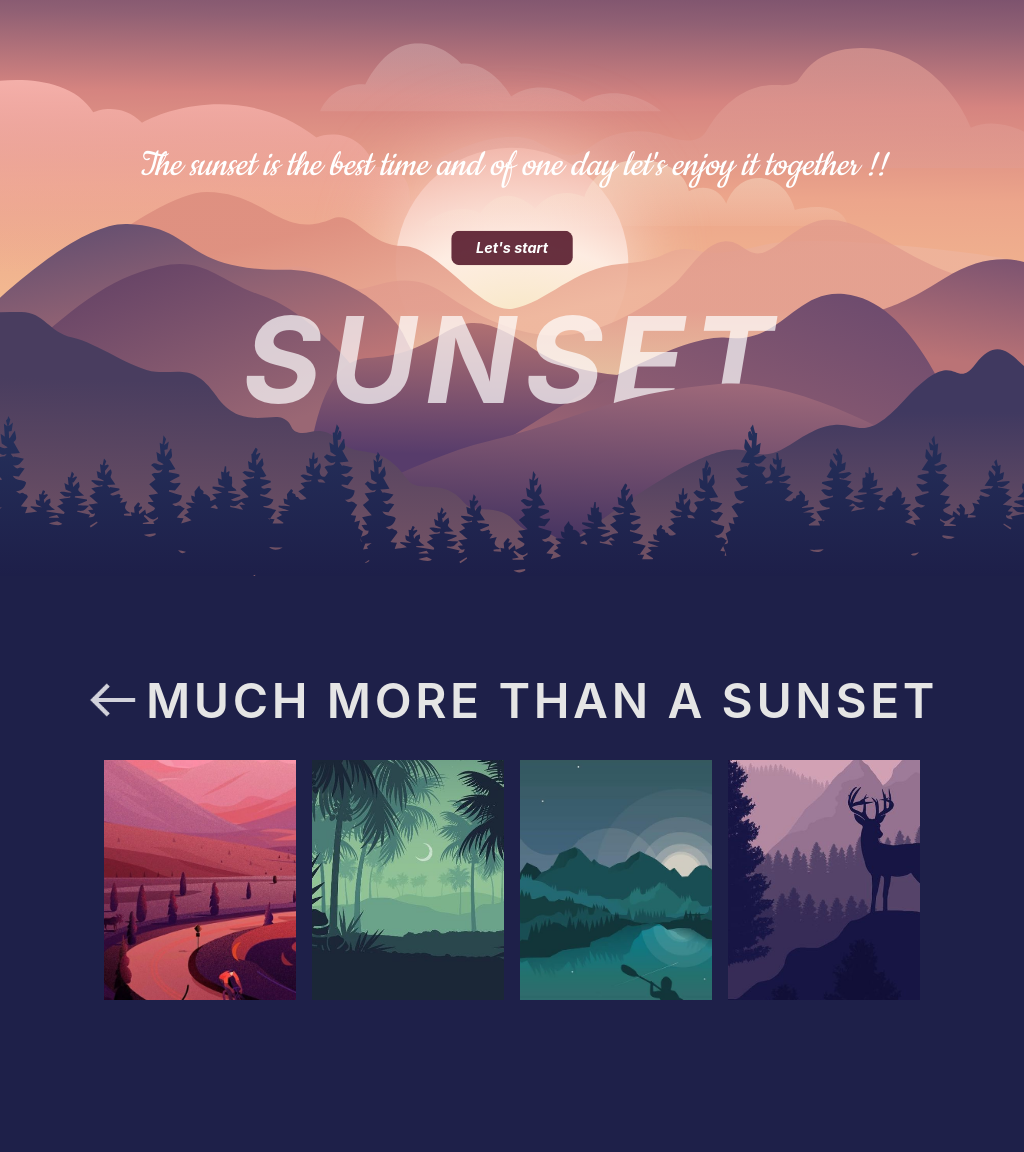
Repository: nambui98/parallax
Page: /
The author's editor kept a copy of each file at every save. The page is drawn from the files as they stood at one save, then again after the next save.
The browser window is 1280 px wide. The pictures show the whole page, at 80% of full size.
The project was rebuilt for these pictures with package versions that can differ from the ones it lists, and the page was loaded fresh each time. Also part of the build but not shown: vite.config.ts.

Above is the page before, as saved 2022-03-24 16:19:12.

### src/App.tsx
import { useEffect, useRef, useState } from 'react'
import { Link, useLocation, useNavigate } from 'react-router-dom';
import bg_1 from './assets/images/bg_1.svg'
import bg_2 from './assets/images/bg_2.svg'
import bg_3 from './assets/images/bg_3.svg'
import bg_4 from './assets/images/bg_4.svg'
import bg_5 from './assets/images/bg_5.svg'
import bg_6 from './assets/images/bg_6.svg'
import bg_7 from './assets/images/bg_7.svg'
import bg_8 from './assets/images/bg_8.svg'
import bg_9 from './assets/images/bg_9.svg'
import bg_10 from './assets/images/bg_10.svg'
import bg_11 from './assets/images/bg_11.svg'
import content1 from './assets/images/content1.png'
import content2 from './assets/images/content2.svg'
import content3 from './assets/images/content3.svg'
import content4 from './assets/images/content4.svg'
import icon from './assets/images/icon.svg'
import './App.scss'

function App() {
  let location = useLocation();
  console.log(location);

  const bg_1Ref = useRef<any>()
  const bg_2Ref = useRef<any>()
  const bg_3Ref = useRef<any>()
  const bg_4Ref = useRef<any>()
  const bg_5Ref = useRef<any>()
  const bg_6Ref = useRef<any>()
  const bg_7Ref = useRef<any>()
  const bg_8Ref = useRef<any>()
  const bg_9Ref = useRef<any>()
  const bg_10Ref = useRef<any>()
  const bg_11Ref = useRef<any>()
  const h3Ref = useRef<any>()
  const h1Ref = useRef<any>()
  const bannerRef = useRef<any>()
  const btnRef = useRef<any>()
  const h1p2Ref = useRef<any>()

  // console.log(location);

  useEffect(() => {
    window.addEventListener("scroll", () => {
      let value = window.scrollY;
      // h3Ref.current.style =
      // bg_1Ref.current.style.left = `calc(${value}px + 40rem)`;
      bg_9Ref.current.style.transform = `scale(${1 + value * 0.0005})`
      bg_10Ref.current.style.transform = `scale(${1 + value * 0.0005})`
      bg_8Ref.current.style.transform = `scale(${1 + value * 0.0005})`
      bg_7Ref.current.style.transform = `scale(${1 + value * 0.0005})`
      bg_6Ref.current.style.transform = `scale(${1 + value * 0.0005})`
      bg_5Ref.current.style.transform = `scale(${1 + value * 0.0005})`
      bg_4Ref.current.style.transform = `translateX(-50%) scale(${1 + value * 0.0005})`
      bg_3Ref.current.style.transform = `scale(${1 + value * 0.0005})`
      bg_2Ref.current.style.transform = `scale(${1 + value * 0.0005})`
      bg_1Ref.current.style.transform = `scale(${1 + value * 0.0005})`
      bg_11Ref.current.style.transform = `scale(${1 + value * 0.0004})`

      h3Ref.current.style.transform = `translateZ(${value * 0.8}px) scale(${1 + (value * 0.0009)})`
      h1Ref.current.style.transform = `translateY(${value * 0.2}px)`
      btnRef.current.style.transform = `translate(-50%, calc(-50% - ${value * 0.2}px))`
      h1p2Ref.current.style.transform = `scale(${0.5 + (1 - value * 0.0004)})`
      h1p2Ref.current.style.letterSpacing = `${-value * 0.01 + 3}px`

    })

    return () => {
      window.removeEventListener("scroll", () => {

      })
    }
  }, [])
  useEffect(() => {
    let url = window.location.href.split("/");
    // debugger
    let target = url[url.length - 1].toLowerCase();
    let element = document.getElementById(target);
    element && element.scrollIntoView({ behavior: "smooth", block: "start" });
  }, [location]);
  return (
    <div className="App">
      <div className="main">
        <div className="banner" id='home' ref={bannerRef}>
          <img className='bg_1' ref={bg_1Ref} src={bg_1} alt="" />
          <img className='bg_2' ref={bg_2Ref} src={bg_2} alt="" />
          <img className='bg_3' ref={bg_3Ref} src={bg_3} alt="" />
          <img className='bg_4' ref={bg_4Ref} src={bg_4} alt="" />
          <img className='bg_5' ref={bg_5Ref} src={bg_5} alt="" />
          <img className='bg_6' ref={bg_6Ref} src={bg_6} alt="" />
          <img className='bg_7' ref={bg_7Ref} src={bg_7} alt="" />
          <img className='bg_8' ref={bg_8Ref} src={bg_8} alt="" />
          <img className='bg_9' ref={bg_9Ref} src={bg_9} alt="" />
          <img className='bg_10' ref={bg_10Ref} src={bg_10} alt="" />
          <img className='bg_11' ref={bg_11Ref} src={bg_11} alt="" />

          <h3 ref={h3Ref}>The sunset is the best time and of one day let's enjoy it together !!</h3>
          <h1 ref={h1Ref}>Sunset</h1>
        </div>
        <Link to="/content" className="btn" ref={btnRef}>Let's start</Link>
        <div className="content" id="content">
          <h1 ref={h1p2Ref}> <Link to="/home" className='content__link'><img src={icon} alt="" /></Link> Much more than a sunset</h1>
          <div className="content__list">
            <div className="content__card">
              <div className="content__bg">
              </div>
              <h3 className='content__txt'>Enjoy the scenery on the road</h3>
            </div>
            <div className="content__card">
              <div className="content__bg content__bg--2">
              </div>
              <h3 className='content__txt'>Enjoy the scenery on the road</h3>
            </div>
            <div className="content__card">
              <div className="content__bg content__bg--3">
              </div>
              <h3 className='content__txt'>Enjoy the scenery on the road</h3>
            </div>
            <div className="content__card">
              <div className="content__bg content__bg--4">
              </div>
              <h3 className='content__txt'>Enjoy the scenery on the road</h3>
            </div>
          </div>
        </div>
      </div>
    </div>
  )
}

export default App

### src/App.scss
@import url('https://fonts.googleapis.com/css2?family=Cookie&display=swap');
*,
*::after,
*::before{
  padding: 0;
  margin: 0;
  box-sizing: inherit;
}
html{
  font-size: 62.5%;
  box-sizing: border-box;
}
.main{
  // perspective: 1px;

}
.banner{
  background: linear-gradient(181.12deg, #6D4869 -4.47%, #906074 5.09%, #D58480 18.15%, #ECA58B 34.03%, #F8C995 69.69%);
  height: 100vh;
  position: relative;
  z-index: -1;
  overflow: hidden;
  perspective: 1000px;
  h3{
    position: absolute;
    top: 18rem;
    width: 100%;
    font-size: 5rem;
    font-weight: 400;
    font-style: italic;
    color: #fff;
    font-family: 'Cookie', cursive;
    text-align: center;
    // left: 50%;
    // transform: translateX(-50%);
  }
  h1{
    position: absolute;
    bottom: 18rem;
    width: 100%;
    font-size: 15rem;
    font-style: italic;
    color: rgba(255, 255, 255, .7);
    text-align: center;
    text-transform: uppercase;
    z-index: 0;
    letter-spacing: 1rem;
  }
  img{
    position: absolute;
    z-index: 0;
    &.bg_1{
      top: 5.4rem;
      left: 40rem;
    }
    &.bg_2{
      left: 0;
      top: 10rem;
    }
    &.bg_3{
      right: 0;
      top: 6rem;
    }
    &.bg_4{
      left: 50%;
      top: 8rem;
      transform: translateX(-50%);
      // top: 28.6rem;
      width: 50rem;
    }
    &.bg_5{
      right: 22rem;
      top: 20rem;
    }
    &.bg_6{
      right: 0;
      left: 0;
      top: 24rem;
      width: 100%;
    }
    &.bg_7{
      right: 0;
      left: 0;
      top: 28rem;
      width: 100%;
      // z-index: 1;
    }
     &.bg_8{
      bottom: -3rem;
      width: 100%;
      z-index: 2;
    }
    &.bg_9{
      width: 100%;
      top: 33rem;
      // z-index: 1;
    }
    &.bg_10{
      bottom: -6rem;
      z-index: 1;
    }
    &.bg_11{
      bottom: 0rem;
      width: 100%;
      z-index: 2;
    }
  }
}
.btn{
  z-index: 100;

  position: absolute;
  top: calc(50% - 5rem);
  left: 50%;
  transform: translate(-50%, -50%);
  border: none;
  background: rgba(65, 0, 22, 0.8);
  font-style: italic;
  color: #fff;
  padding: 1rem 3rem;
  border-radius: 1rem;
  cursor: pointer;
  font-size: 1.8rem;
  font-weight: 700;
  border: 1px solid transparent;
  // transition: .3s all;
  text-decoration: none;
  &:hover{
    color: rgba(65, 0, 22, 0.8);
    background: transparent;
    border-color: rgba(65, 0, 22, 0.8);
  }
}
.content{
  height: 100vh;
  width: 100%;
  background-color: #1E2049;
}
.content{
  display: flex;
  align-items: center;
  flex-direction: column;
  h1{
    color: #E5E5E5;
    font-size: 4rem;
    font-weight: 600;
    margin-top: 13rem;
    display: flex;
    align-items: center;
    letter-spacing: .3rem;
    text-transform: uppercase;

    img{
      height: 5rem;
      cursor: pointer;
      display: block;
      transition: .3s all;
      &:hover{
        transform: translateX(-1rem);
      }
    }
  }
  &__list{
    display: flex;
    justify-content: space-between;
    gap: 2rem;
    height: 30rem;
    margin-top: 5rem;
  }
  &__card{
    width: 24rem;
    overflow: hidden;
    position: relative;
    cursor: pointer;
  }
  &__bg{
    transform: scaleX(-1);
    position: absolute;
    inset: 0;
    &::before{
      content:"";
      background-image: url(./assets/images/content1.png);
      background-size: cover;
      background-position-x: -3rem;
      background-position-y: -10rem;
      background-repeat: no-repeat;
      background-origin: content-box;
      position: absolute;
      inset: 0;
      transform: scale(1.5);
      transition: .3s all;
    }
    &--2{
      transform: scaleX(-1);
      &::before{
        background-image: url(./assets/images/content2.png);
        // background-position-x: 0;
        background-position-y: 0;
      }
    }
    &--3{
      &::before{
        background-image: url(./assets/images/content3.png);
        // background-position-x: right;
        // background-position-y: top;
      }
    }
    &--4{
    &::before{
      background-image: url(./assets/images/content4.png);
      // background-position-x: right;
      // background-position-y: top;
    }
  }

  }
  &__img{
    width: 100%;
    height: 100%;
    object-fit: cover;
  }
  &__txt{
    height: 9.4rem;
    background: rgba(0, 0, 0, 0.1);
    backdrop-filter: blur(80px);
    position: absolute;
    bottom: 0;
    width: 100%;
    color: #E5E5E5;
    font-size: 2rem;
    font-weight: normal;
    padding: 2rem;
    // height: 0;
    transform: translateY(100%);
    opacity: 0;
    transition: .3s all;
  }
  &__card:hover &__txt{
    opacity: 1;
    transform: translateY(0);
  }
  &__card:hover &__bg::before{
    background-position-x: 0px;
    background-position-y: -15rem;
    transform: scale(1);
  }
   &__card:hover &__bg--2::before{
    background-position-x: 0px;
    background-position-y: -4.5rem;
  }
  // &__card:hover{
  //   height: calc(100% - 9.4rem);
  // }
}

Loaded but not shown: index.html (common file); src/main.tsx (common file); src/index.css (common file)

After the next save:
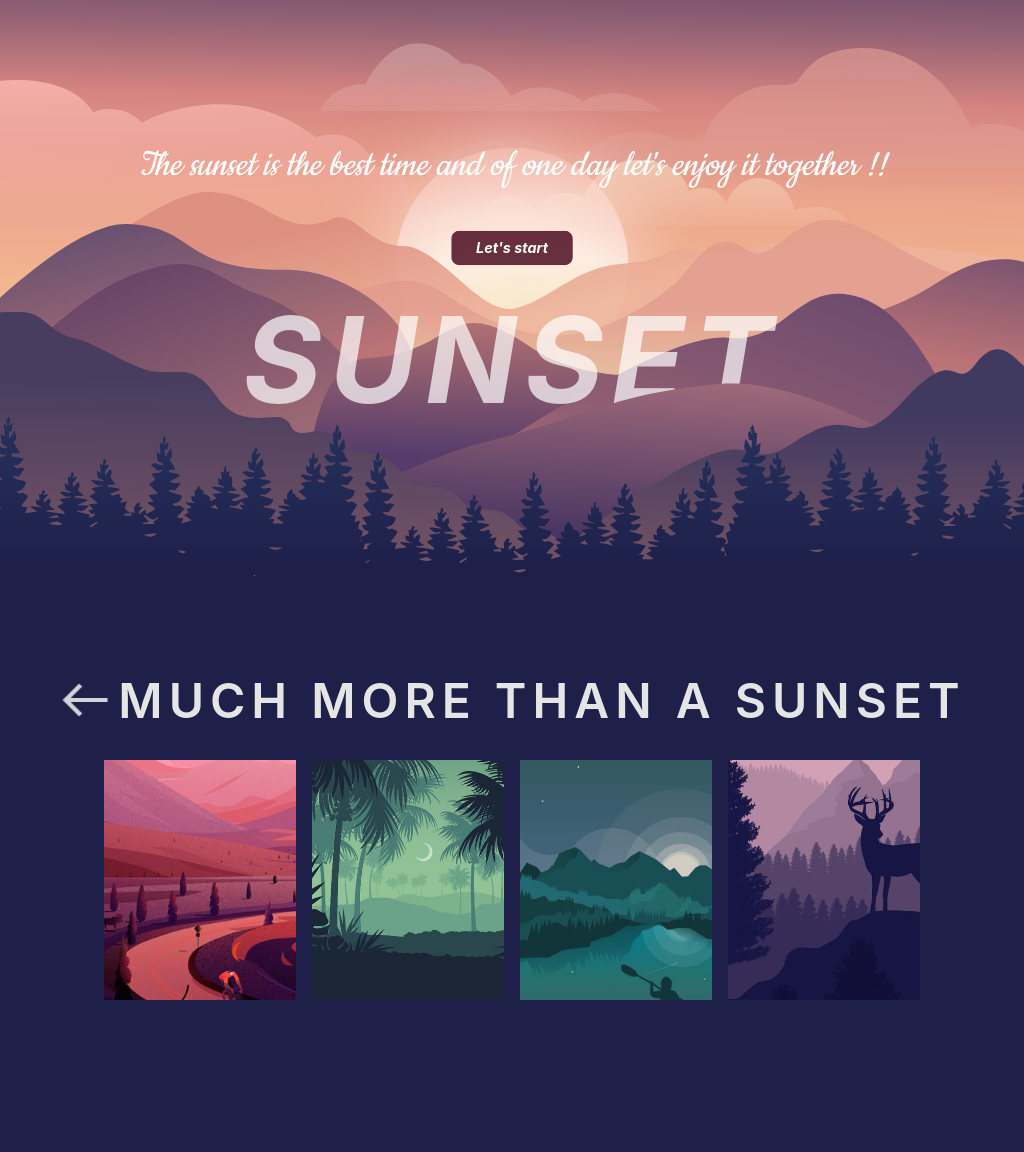
Saved 6 s later.
--- a/src/App.tsx
+++ b/src/App.tsx
@@ -62,7 +62,7 @@
       h1Ref.current.style.transform = `translateY(${value * 0.2}px)`
       btnRef.current.style.transform = `translate(-50%, calc(-50% - ${value * 0.2}px))`
       h1p2Ref.current.style.transform = `scale(${0.5 + (1 - value * 0.0004)})`
-      h1p2Ref.current.style.letterSpacing = `${-value * 0.01 + 3}px`
+      h1p2Ref.current.style.letterSpacing = `${-value * 0.01 + 5}px`
 
     })
 

After the save that followed:
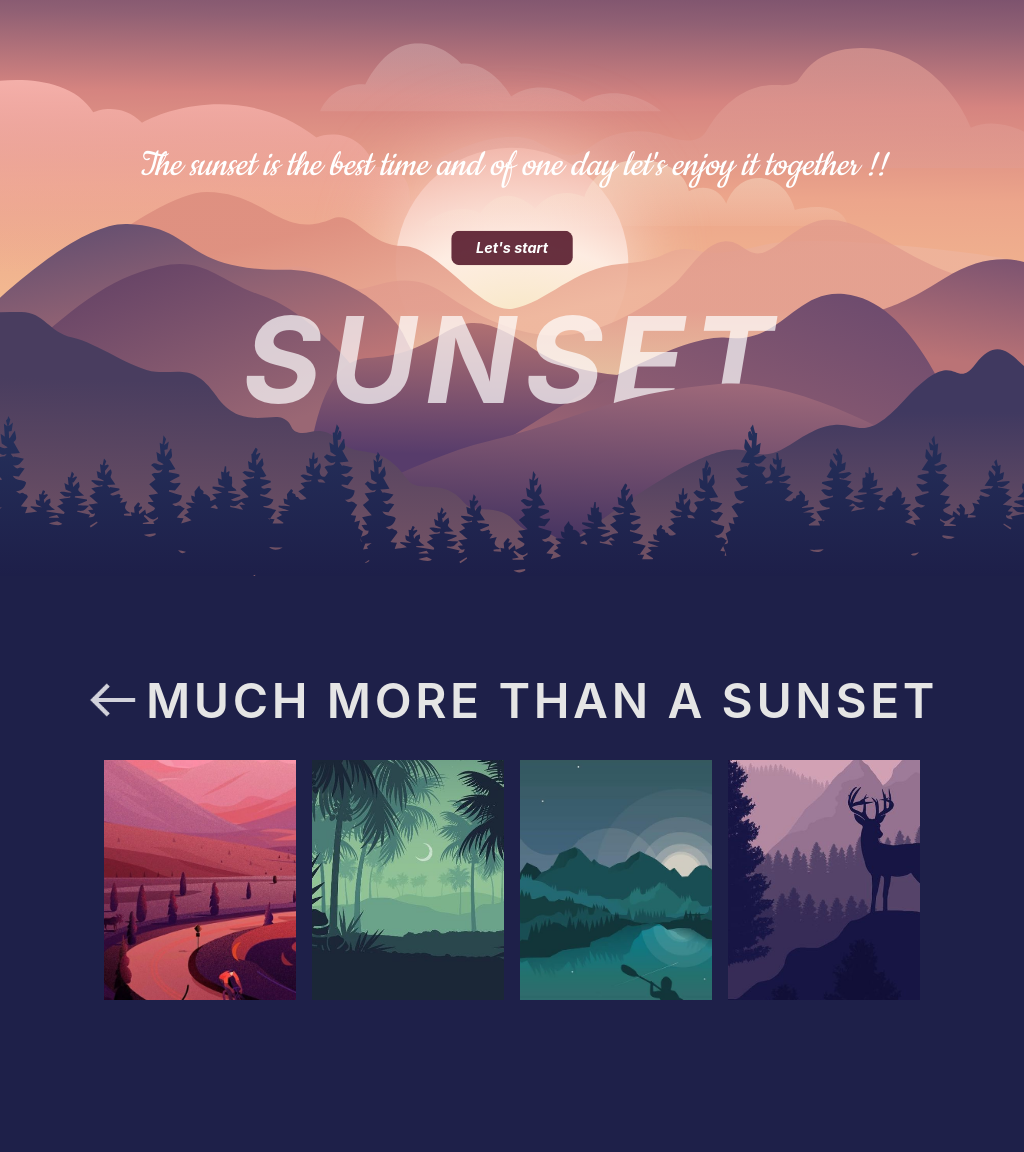
Saved 19 s later.
--- a/src/App.tsx
+++ b/src/App.tsx
@@ -62,7 +62,7 @@
       h1Ref.current.style.transform = `translateY(${value * 0.2}px)`
       btnRef.current.style.transform = `translate(-50%, calc(-50% - ${value * 0.2}px))`
       h1p2Ref.current.style.transform = `scale(${0.5 + (1 - value * 0.0004)})`
-      h1p2Ref.current.style.letterSpacing = `${-value * 0.01 + 5}px`
+      h1p2Ref.current.style.letterSpacing = `${-value * 0.1 + 3}px`
 
     })
 
